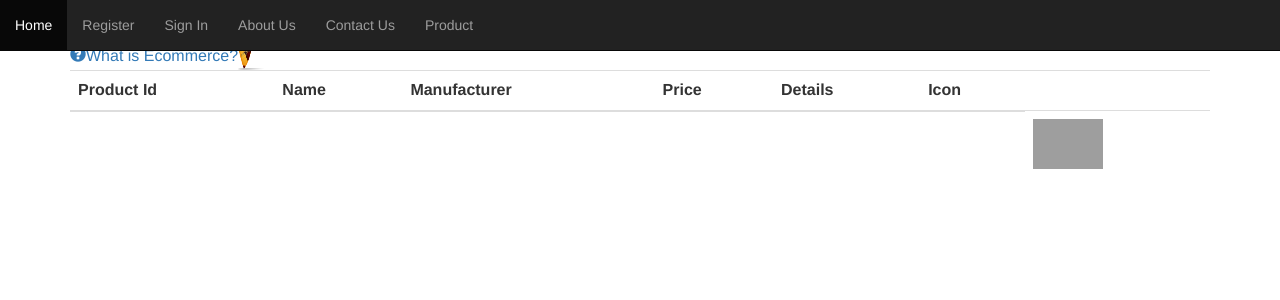
Repository: aradhana15/myFinalRepository
Page: http://localhost/music/WEB-INF/views/productDesc.jsp
The author's editor kept a copy of each file at every save. The page is drawn from the files as they stood at one save, then again after the next save.
The browser window is 1280 px wide. The pictures show the whole page.
The page is served by Tomcat 9. Nobody is signed in. The template is opened directly, without the code that normally fills it, so the values that code supplies are empty.

Above is the page before, as saved 2016-04-23 12:47:32.
Console error (its wording comes from the project's code and is left out).

After the next save:
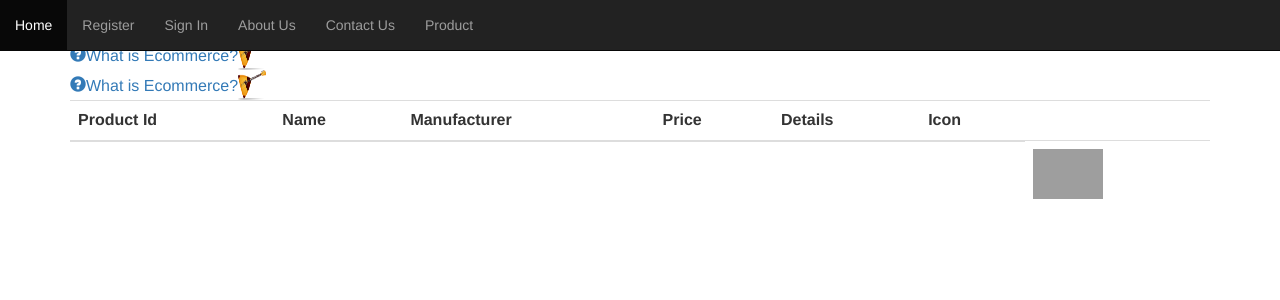
Saved 24 s later.
--- a/wwf/music/src/main/webapp/WEB-INF/views/header.jsp
+++ b/wwf/music/src/main/webapp/WEB-INF/views/header.jsp
@@ -47,6 +47,10 @@
 			<tr><td><a href="whatecomm"> <i
 					class="glyphicon glyphicon-question-sign"></i>What is Ecommerce?</a> </td>
 					<td><img src="<c:url value='/resources/images/guitar.jpg'/>" height="30px" width="30px"></td></tr>
+					<tr><td><a href="whatecomm"> <i
+					class="glyphicon glyphicon-question-sign"></i>What is Ecommerce?</a> </td>
+					<td><img src="<c:url value='/resources/images/guitar.jpg'/>" height="30px" width="30px"></td></tr>
+
 		</table>
 
 
